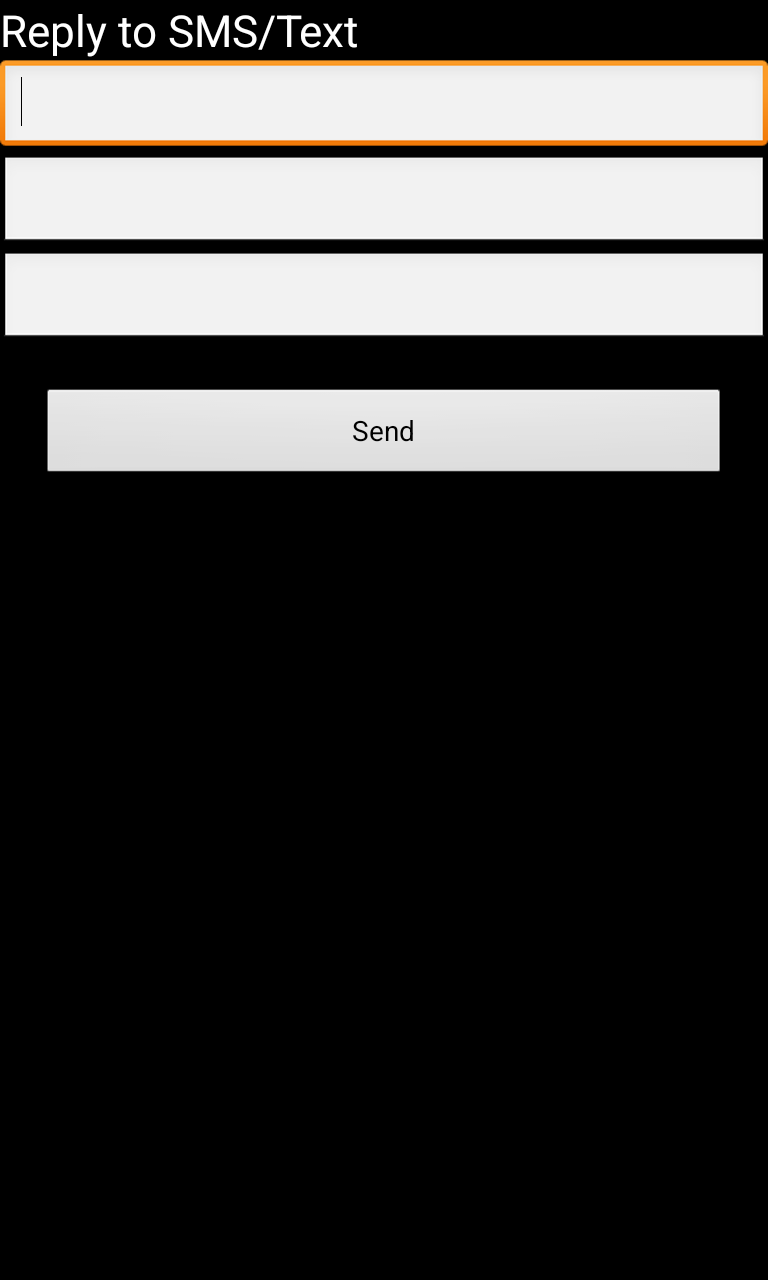
Repository: smartapps08/addteqtutorials
Layout: BroadcastReceiver tutorial/res/layout/main.xml
These files come from the project's save history. The layout is drawn as it stood at one moment and after the next save; the edit follows.
It is drawn on a 768 x 1280 px phone screen (xhdpi) without system bars, with theme android:Theme; the app's code is not run.

Above is the layout before, as saved 2012-06-08 15:30:24.

### BroadcastReceiver tutorial/res/layout/main.xml
<?xml version="1.0" encoding="utf-8"?>
<LinearLayout xmlns:android="http://schemas.android.com/apk/res/android"
    android:layout_width="fill_parent"
    android:layout_height="fill_parent"
    android:orientation="vertical" >

    <TextView
        android:id="@+id/textView1"
        android:layout_width="wrap_content"
        android:layout_height="wrap_content"
        android:text="Reply to SMS/Text"
        android:textAppearance="?android:attr/textAppearanceLarge" />

    <EditText
        android:id="@+id/etNumber"
        android:layout_width="match_parent"
        android:layout_height="wrap_content"
        android:ems="10"
        android:inputType="phone" >

        <requestFocus />
    </EditText>

    <EditText
        android:id="@+id/etReceivedText"
        android:layout_width="match_parent"
        android:layout_height="wrap_content"
        android:ems="10" />

    <EditText
        android:id="@+id/etReplyText"
        android:layout_width="match_parent"
        android:layout_height="wrap_content"
        android:ems="10" />

    <Button
        android:id="@+id/btnSend"
        android:layout_margin="20dp"
        android:layout_width="fill_parent"
        android:layout_height="wrap_content"
        android:text="Send" />

</LinearLayout>

After the next save:
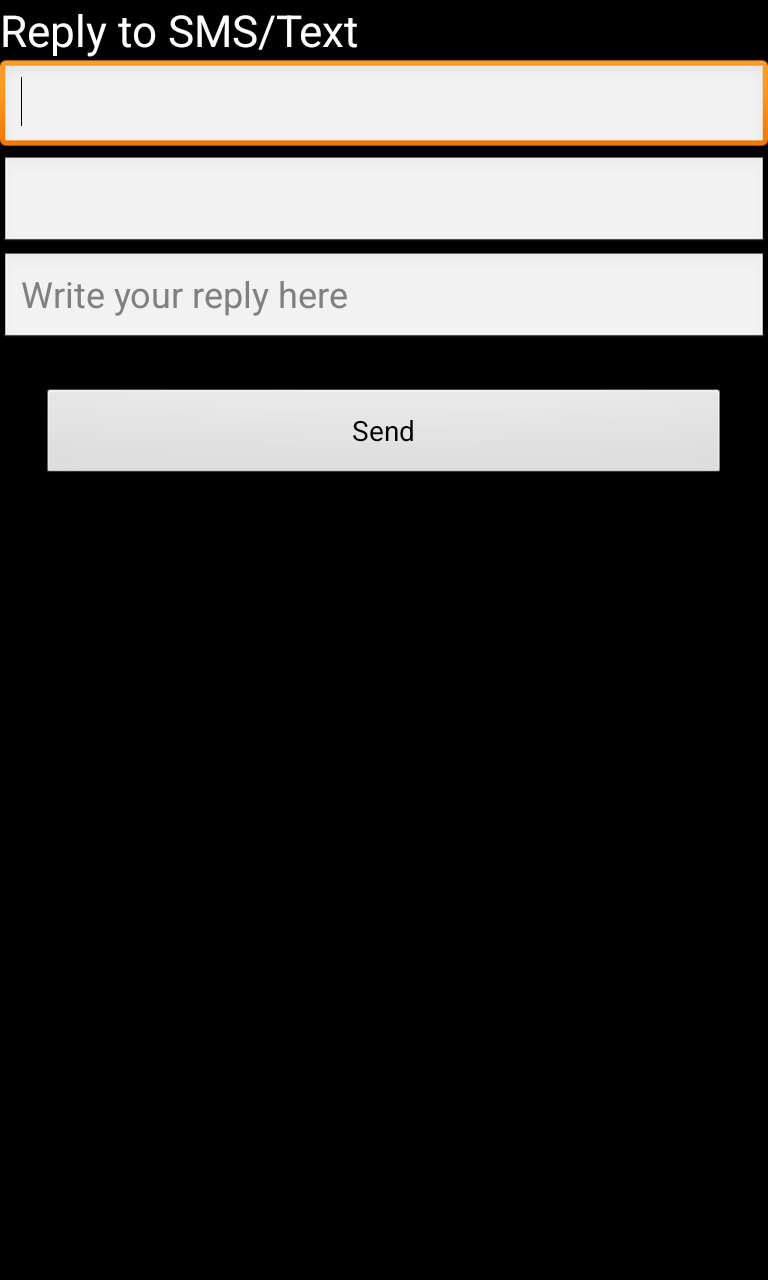
Saved 34 s later.
--- a/BroadcastReceiver tutorial/res/layout/main.xml
+++ b/BroadcastReceiver tutorial/res/layout/main.xml
@@ -31,7 +31,9 @@
         android:id="@+id/etReplyText"
         android:layout_width="match_parent"
         android:layout_height="wrap_content"
-        android:ems="10" />
+        android:ems="10"
+        android:hint="Write your reply here"
+         />
 
     <Button
         android:id="@+id/btnSend"
